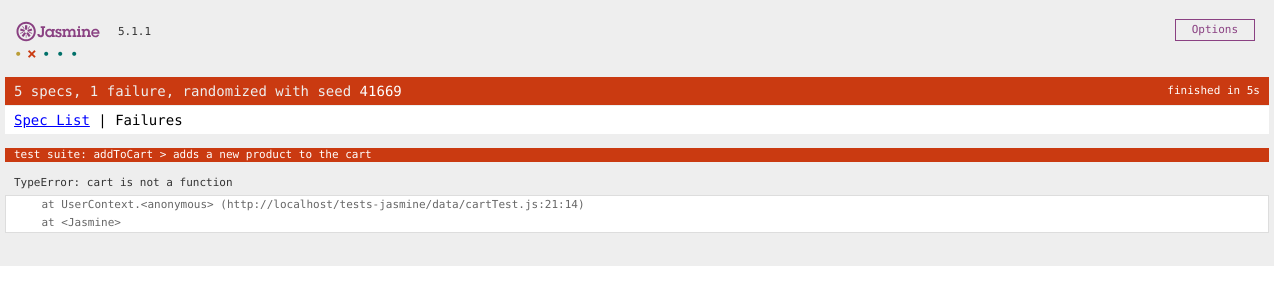
Repository: Jpr-2311/Amazon_Clone
Page: tests-jasmine/tests.html
The author's editor kept a copy of each file at every save. The page is drawn from the files as they stood at one save, then again after the next save.
The browser window is 1280 px wide. The pictures show the whole page.

Above is the page before, as saved 2025-06-19 11:25:05.

### tests-jasmine/tests.html
<!DOCTYPE html>
<html>
<head>
  <meta charset="utf-8">
  <title>Jasmine Spec Runner v5.1.1</title>

  <link rel="shortcut icon" type="image/png" href="lib/jasmine-5.1.1/jasmine_favicon.png">
  <link rel="stylesheet" href="lib/jasmine-5.1.1/jasmine.css">

  <script src="lib/jasmine-5.1.1/jasmine.js"></script>
  <script src="lib/jasmine-5.1.1/jasmine-html.js"></script>
  <script src="lib/jasmine-5.1.1/boot0.js"></script>
  <!-- optional: include a file here that configures the Jasmine env -->
  <script src="lib/jasmine-5.1.1/boot1.js"></script>

  <script src="utils/moneyTest.js" type="module"></script>
  <script src="data/cartTest.js" type="module"></script>
</head>

<body>
</body>
</html>

### tests-jasmine/lib/jasmine-5.1.1/boot0.js
 /*
Copyright (c) 2008-2023 Pivotal Labs

Permission is hereby granted, free of charge, to any person obtaining
a copy of this software and associated documentation files (the
"Software"), to deal in the Software without restriction, including
without limitation the rights to use, copy, modify, merge, publish,
distribute, sublicense, and/or sell copies of the Software, and to
permit persons to whom the Software is furnished to do so, subject to
the following conditions:

The above copyright notice and this permission notice shall be
included in all copies or substantial portions of the Software.

THE SOFTWARE IS PROVIDED "AS IS", WITHOUT WARRANTY OF ANY KIND,
EXPRESS OR IMPLIED, INCLUDING BUT NOT LIMITED TO THE WARRANTIES OF
MERCHANTABILITY, FITNESS FOR A PARTICULAR PURPOSE AND
NONINFRINGEMENT. IN NO EVENT SHALL THE AUTHORS OR COPYRIGHT HOLDERS BE
LIABLE FOR ANY CLAIM, DAMAGES OR OTHER LIABILITY, WHETHER IN AN ACTION
OF CONTRACT, TORT OR OTHERWISE, ARISING FROM, OUT OF OR IN CONNECTION
WITH THE SOFTWARE OR THE USE OR OTHER DEALINGS IN THE SOFTWARE.
*/
/**
 This file starts the process of "booting" Jasmine. It initializes Jasmine,
 makes its globals available, and creates the env. This file should be loaded
 after `jasmine.js` and `jasmine_html.js`, but before `boot1.js` or any project
 source files or spec files are loaded.
 */
(function() {
  const jasmineRequire = window.jasmineRequire || require('./jasmine.js');

  /**
   * ## Require &amp; Instantiate
   *
   * Require Jasmine's core files. Specifically, this requires and attaches all of Jasmine's code to the `jasmine` reference.
   */
  const jasmine = jasmineRequire.core(jasmineRequire),
    global = jasmine.getGlobal();
  global.jasmine = jasmine;

  /**
   * Since this is being run in a browser and the results should populate to an HTML page, require the HTML-specific Jasmine code, injecting the same reference.
   */
  jasmineRequire.html(jasmine);

  /**
   * Create the Jasmine environment. This is used to run all specs in a project.
   */
  const env = jasmine.getEnv();

  /**
   * ## The Global Interface
   *
   * Build up the functions that will be exposed as the Jasmine public interface. A project can customize, rename or alias any of these functions as desired, provided the implementation remains unchanged.
   */
  const jasmineInterface = jasmineRequire.interface(jasmine, env);

  /**
   * Add all of the Jasmine global/public interface to the global scope, so a project can use the public interface directly. For example, calling `describe` in specs instead of `jasmine.getEnv().describe`.
   */
  for (const property in jasmineInterface) {
    global[property] = jasmineInterface[property];
  }
})();

### tests-jasmine/utils/moneyTest.js
import {formatCurrency} from '../../scripts/utils/money.js';

describe('test suite: formatCurrency',()=>{
 it('converts cents into dollars',()=>{
  expect(formatCurrency(2095)).toEqual('20.95');
 });

 it('works with 0',()=>{
  expect(formatCurrency(0)).toEqual('0.00');
 });

 it('rounds up to the nearest cents',()=>{
  expect(formatCurrency(2000.5)).toEqual('20.01')
 });
});

### tests-jasmine/data/cartTest.js
import {addToCart,cart,loadFromStorage} from'../../data/cart.js';


describe('test suite: addToCart',()=>{
  it('adds an existing product to the cart',()=>{

  });

  it('adds a new product to the cart',()=>{

spyOn(localStorage,'setItem');

      spyOn(localStorage,'getItem').and.callFake(()=>{
        return JSON.stringify([]);
      });
      loadFromStorage();

      addToCart('e43638ce-6aa0-4b85-b27f-e1d07eb678c6');
      expect(cart.length).toEqual(1);
      expect(localStorage.setItem).toHaveBeenCalledTimes(1);
      expect(cart(0))
  });
});

### data/cart.js
export let cart;

loadFromStorage();

 export function loadFromStorage(){
    cart = JSON.parse(localStorage.getItem('cart'));

          if (!cart) {
            cart = [{
            productId: 'e43638ce-6aa0-4b85-b27f-e1d07eb678c6',
            quantity: 2,
            deliveryOptionId: '1'
          }, {
            productId: '15b6fc6f-327a-4ec4-896f-486349e85a3d',
            quantity: 1,
            deliveryOptionId: '2'
          }];
         }
  }

function saveToStorage() {
  localStorage.setItem('cart', JSON.stringify(cart));
}

export function addToCart(productId) {
  let matchingItem;

  cart.forEach((cartItem) => {
    if (productId === cartItem.productId) {
      matchingItem = cartItem;
    }
  });

  if (matchingItem) {
    matchingItem.quantity += 1;
  } else {
    cart.push({
      productId: productId,
      quantity: 1,
      deliveryOptionId: '1'
    });
  }

  saveToStorage();
}

export function removeFromCart(productId) {
  const newCart = [];

  cart.forEach((cartItem) => {
    if (cartItem.productId !== productId) {
      newCart.push(cartItem);
    }
  });

  cart = newCart;

  saveToStorage();
}

export function updateDeliveryOption(productId, deliveryOptionId) {
  let matchingItem;

  cart.forEach((cartItem) => {
    if (productId === cartItem.productId) {
      matchingItem = cartItem;
    }
  });

  matchingItem.deliveryOptionId = deliveryOptionId;

  saveToStorage();
}

Loaded but not shown: tests-jasmine/lib/jasmine-5.1.1/jasmine.css (library); tests-jasmine/lib/jasmine-5.1.1/jasmine.js (library); tests-jasmine/lib/jasmine-5.1.1/jasmine-html.js (library); tests-jasmine/lib/jasmine-5.1.1/boot1.js (library); scripts/utils/money.js (common file)

After the next save:
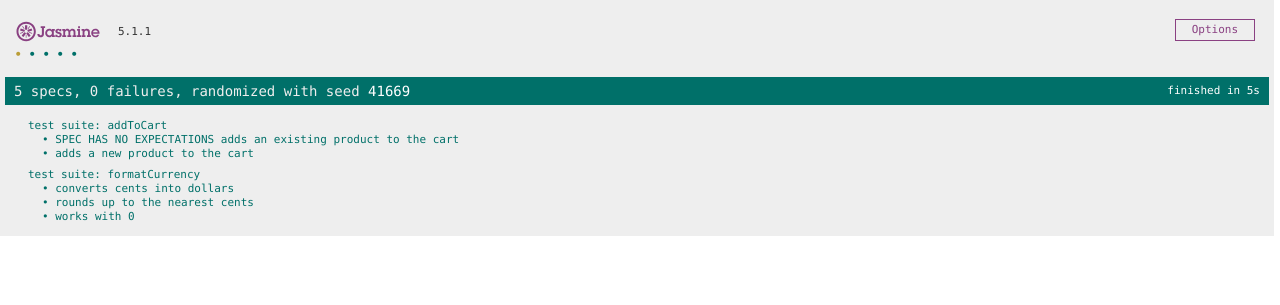
Saved 11 s later.
--- a/tests-jasmine/data/cartTest.js
+++ b/tests-jasmine/data/cartTest.js
@@ -18,6 +18,6 @@
       addToCart('e43638ce-6aa0-4b85-b27f-e1d07eb678c6');
       expect(cart.length).toEqual(1);
       expect(localStorage.setItem).toHaveBeenCalledTimes(1);
-      expect(cart(0))
+      expect(cart[0])
   });
 });
